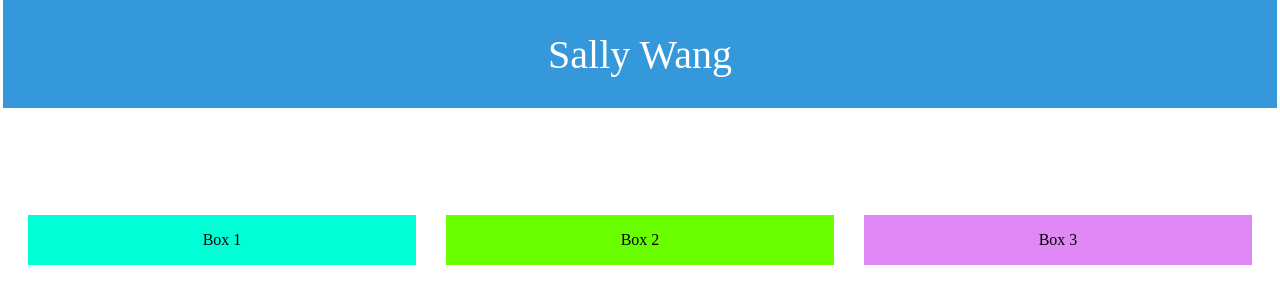
Repository: tianjiewang2022/tianjiewang2022.github.io
Page: index.html
The author's editor kept a copy of each file at every save. The page is drawn from the files as they stood at one save, then again after the next save.
The browser window is 1280 px wide. The pictures show the whole page.

Above is the page before, as saved 2023-10-01 22:50:12.

### index.html
<!DOCTYPE html>
<html lang="en">

    <head>
        <meta charset="UTF-8">
        <meta name="viewport" content="width=device-width, initial-scale=1.0">
        <title>Sally's Webpage</title>
        <style>
            body {
                padding: 10px;
                left: 3%;
                right: 3%;
            }

            header {
                background-color: #3498db;
                /* Choose your header color */
                color: white;
                position: fixed;
                top: 0;
                height: 15%;
                left: 3px;
                right: 3px;
                display: flex;
                align-items: center;
                justify-content: center;
                z-index: 100;
                font-size: 40px;
            }

            .container {
                margin-top: 15%;
                padding: 10px;
                display: flex;
                flex-wrap: wrap;
                justify-content: space-between;
                flex-wrap: nowrap;
            }

            .box {
                width: calc(33.33% - 20px);
                height: 50px;
                margin-bottom: 10px;
                background-color: #ccc;
                /* Default background color */
                text-align: center;
                display: flex;
                align-items: center;
                justify-content: center;
            }

            .blue {
                background-color: rgb(0, 255, 213);
            }

            .green {
                background-color: rgb(106, 255, 0);
            }

            .purple {
                background-color: rgb(225, 136, 247);
            }
        </style>
    </head>

    <body>
        <header>
            Sally Wang
        </header>

        <div class="container">
            <!-- Your content goes here -->
            <span class="box blue">Box 1</span>
            <span class="box green">Box 2</span>
            <span class="box purple">Box 3</span>
        </div>
    </body>

</html>

After the next save:
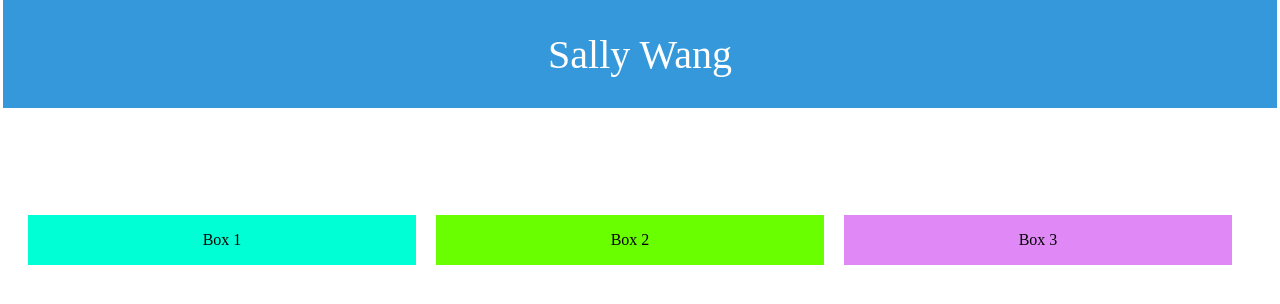
Saved 19 s later.
--- a/index.html
+++ b/index.html
@@ -40,6 +40,8 @@
             .box {
                 width: calc(33.33% - 20px);
                 height: 50px;
+                margin-right: 20px;
+                /* Add margin between boxes */
                 margin-bottom: 10px;
                 background-color: #ccc;
                 /* Default background color */
